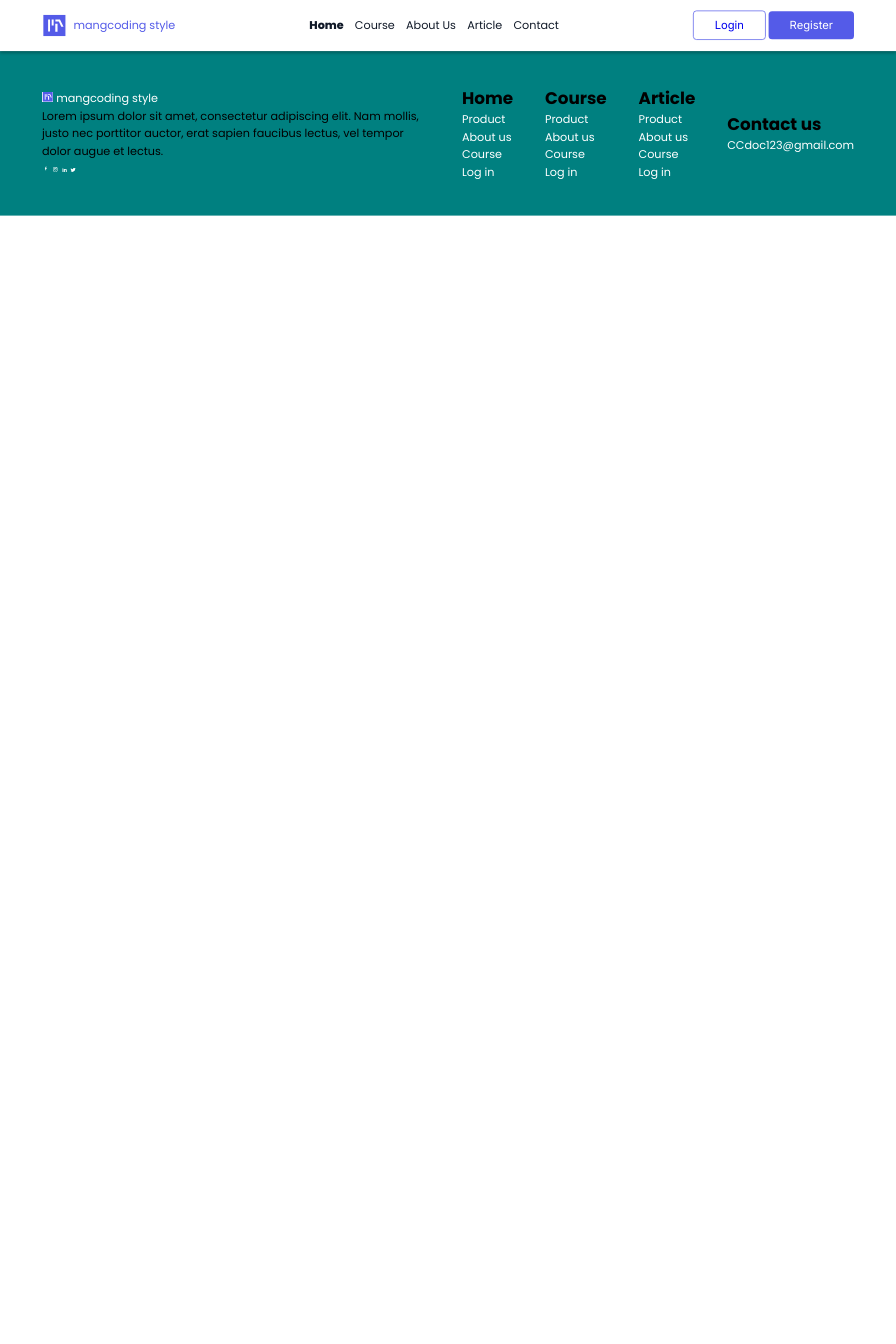
Repository: Dania-Alqam/landing-page
Page: index.html
These files come from the project's save history. The page is drawn as it stood at one moment and after the next save; the edit follows.
The browser window is 1280 px wide. The pictures show the part of the page from y = 0 to 1920 px (the page is 5000 px tall), at 70% of full size.

Above is the page before, as saved 2024-06-21 23:50:33.

### index.html
<!DOCTYPE html>
<html lang="en">
  <head>
    <meta charset="UTF-8" />
    <meta name="viewport" content="width=device-width, initial-scale=1.0" />
    <title>Document</title>
    <link rel="stylesheet" href="./assests/css/main.css" />
  </head>
  <body>
    <header class="header">
      <div class="container">
        <div class="row">
          <div class="logo">
            <img src="./assests/images/public/Logo.svg" alt="logo" />
            <a href="#">mangcoding style</a>
          </div>
          <nav class="nav">
            <ul>
              <li>
                <a href="#" class="active">Home</a>
              </li>
              <li>
                <a href="#">Course</a>
              </li>
              <li>
                <a href="#">About Us</a>
              </li>
              <li>
                <a href="#">Article</a>
              </li>
              <li>
                <a href="#">Contact</a>
              </li>
            </ul>
          </nav>
          <div class="auth">
            <a href="#">Login</a>
            <a href="#">Register</a>
          </div>
        </div>
      </div>
    </header>

    <footer class="footer">
      <div class="container">
        <div class="row">
          <div class="footer-start">
            <div class="logo">
              <img src="./assests/images/public/Logo.svg" alt="logo" />
              <a href="#">mangcoding style</a>
            </div>
            <p>
              Lorem ipsum dolor sit amet, consectetur adipiscing elit. Nam
              mollis, justo nec porttitor auctor, erat sapien faucibus lectus,
              vel tempor dolor augue et lectus.
            </p>
            <div class="icons">
              <a href="#"><img src="./assests/images/public/facebok.svg" /></a>
              <a href="#"
                ><img src="./assests/images/public/instagram.svg"
              /></a>
              <a href="#"><img src="./assests/images/public/linkedin.svg" /></a>
              <a href="#"><img src="./assests/images/public/twitter.svg" /></a>
            </div>
          </div>
          <div class="footer-end">
            <div class="row">
              <div class="footer-item">
                <h2>
                    Home
                </h2>
                <ul>
                    <li>
                        <a href="#">Product</a>
                    </li>
                    <li>
                        <a href="#">About us</a>
                    </li>
                    <li>
                        <a href="#">Course</a>
                    </li>
                    <li>
                        <a href="#">Log in</a>
                    </li>
                </ul>
              </div>
              <div class="footer-item">
                <h2>
                    Course
                </h2>
                <ul>
                    <li>
                        <a href="#">Product</a>
                    </li>
                    <li>
                        <a href="#">About us</a>
                    </li>
                    <li>
                        <a href="#">Course</a>
                    </li>
                    <li>
                        <a href="#">Log in</a>
                    </li>
                </ul>
              </div>
              <div class="footer-item">
                <h2>
                    Article
                </h2>
                <ul>
                    <li>
                        <a href="#">Product</a>
                    </li>
                    <li>
                        <a href="#">About us</a>
                    </li>
                    <li>
                        <a href="#">Course</a>
                    </li>
                    <li>
                        <a href="#">Log in</a>
                    </li>
                </ul>
              </div>
              <div class="footer-item">
                <h2>
                    Contact us
                </h2>
                <ul>
                    <li>
                        <a href="#">CCdoc123@gmail.com</a>
                    </li>

              </div>
            </div>
          </div>
        </div>
      </div>
    </footer>
  </body>
</html>

### assests/css/main.css
@import url(./public.css);

/* start header */
.header{
    /* it will not work becuase we added contianer so we add row*/
    /* display: flex; */
    position: sticky;
    top: 0;
    box-shadow: 0px 4px 4px rgba(0, 0, 0, 0.25);
    padding: 20px 0 ;
}

.nav ul{
    display: flex;
    flex-wrap: wrap;
    gap: 16px;
}
.header .logo{
    display: flex;
    flex-wrap: wrap;
    align-items: center;
    gap: 10px;
}
.header .logo img{
    width: 35px;
}

.header .logo a{
color: var(--mainColor);
}

.header .nav a{
    color: #101928;
}

.header .nav a:hover{
    color: var(--mainColor);
}
/* For the home bold*/
.active{
font-weight: 800;
}
/* common properities*/
.header .auth a{
    font-family: var(--subFont);
    padding: 10px 30px;
    border-radius: 5px;

}
.header .auth a:first-of-type{
    border: 1px solid var(--mainColor);
}
.header .auth a:last-of-type{
    background-color: var(--mainColor);
    color: white;
}
@media (max-width:900px) {
    .header .nav{
        display: none;
    }
}
/* end header */

/* start footer */
.footer{
    background-color: teal;
    padding: 50px 0;
}

.footer a{
    color: #fff;
}

.footer .footer-start,.footer .footer-end{
    width: calc((100% - 40px) / 2);
}

.footer .row{
    gap: 40px;
}

.footer .footer-start{
    display: flex;
    flex-wrap: wrap;
}
/* end footer */

### assests/css/public.css
@import url('https://fonts.googleapis.com/css2?family=Poppins:ital,wght@0,100;0,200;0,300;0,400;0,500;0,600;0,700;0,800;0,900;1,100;1,200;1,300;1,400;1,500;1,600;1,700;1,800;1,900&display=swap');
@import url('https://fonts.googleapis.com/css2?family=Inter:wght@100..900&display=swap');

*{
    margin: 0;
    padding: 0;
    box-sizing: border-box;
}
:root{
    --mainFont: "Poppins", sans-serif;
    --subFont:  "Inter", sans-serif;
    --mainColor: #545BE8;

}
body{
    font-family: var(--mainFont);
    height: 5000px;
}
a{
    text-decoration: none;
}
ul{
    list-style: none;
}
.row{
    display: flex;
    justify-content: space-between;
    align-items: center;
    flex-wrap: wrap;

}

.container{
    /* width from fugma is 60px from each side*/
    width: calc(100% - 120px);
    margin: auto;
}

After the next save:
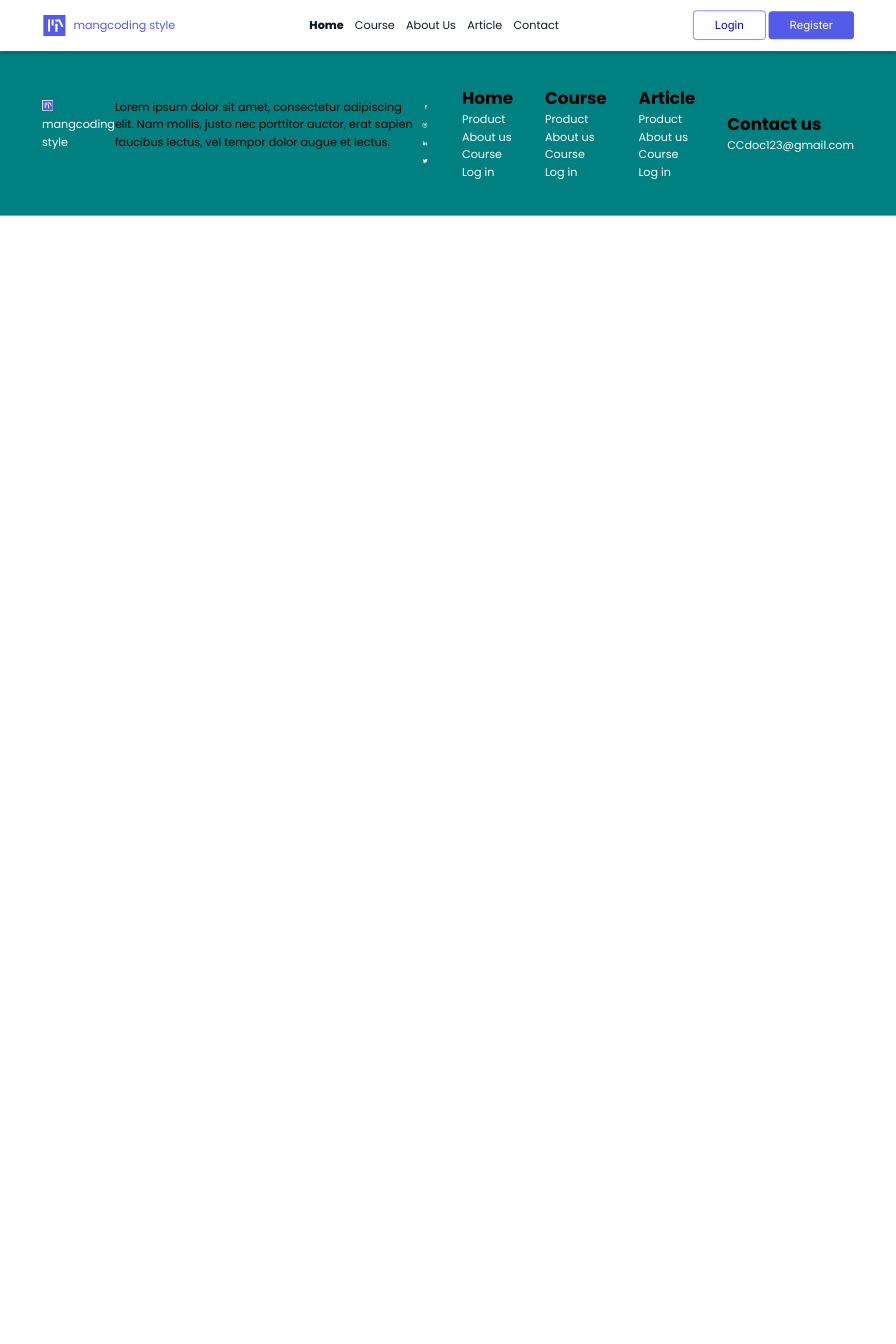
Saved 26 s later.
--- a/assests/css/main.css
+++ b/assests/css/main.css
@@ -81,6 +81,6 @@
 
 .footer .footer-start{
     display: flex;
-    flex-wrap: wrap;
+    /* flex-wrap: wrap; */
 }
 /* end footer */

After the 2 saves that followed:
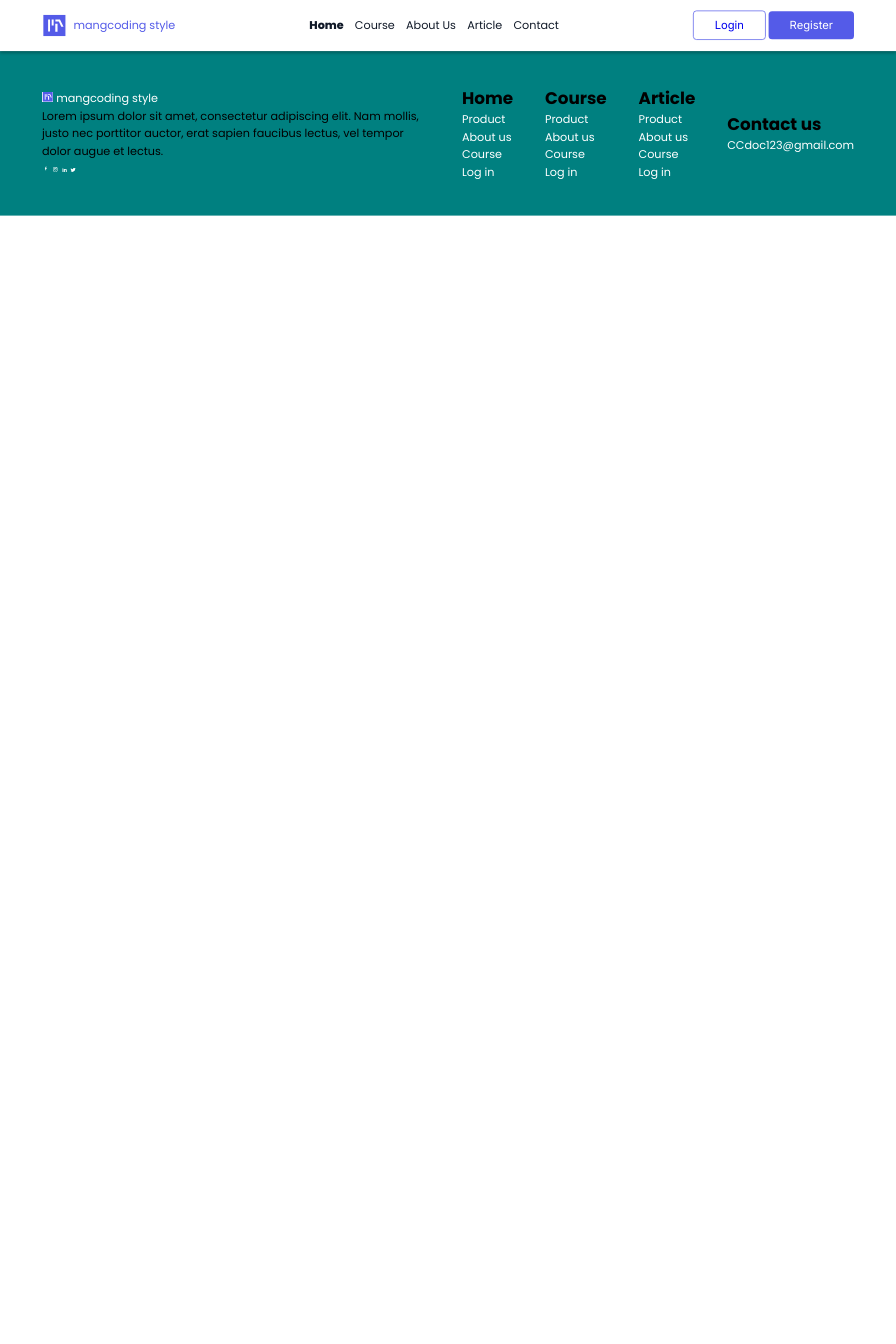
The 2 saves are shown as one change because 1 left the picture as it was.
The last was saved 62 s later.
--- a/assests/css/main.css
+++ b/assests/css/main.css
@@ -81,6 +81,6 @@
 
 .footer .footer-start{
     display: flex;
-    /* flex-wrap: wrap; */
+    flex-direction: column;
 }
 /* end footer */
